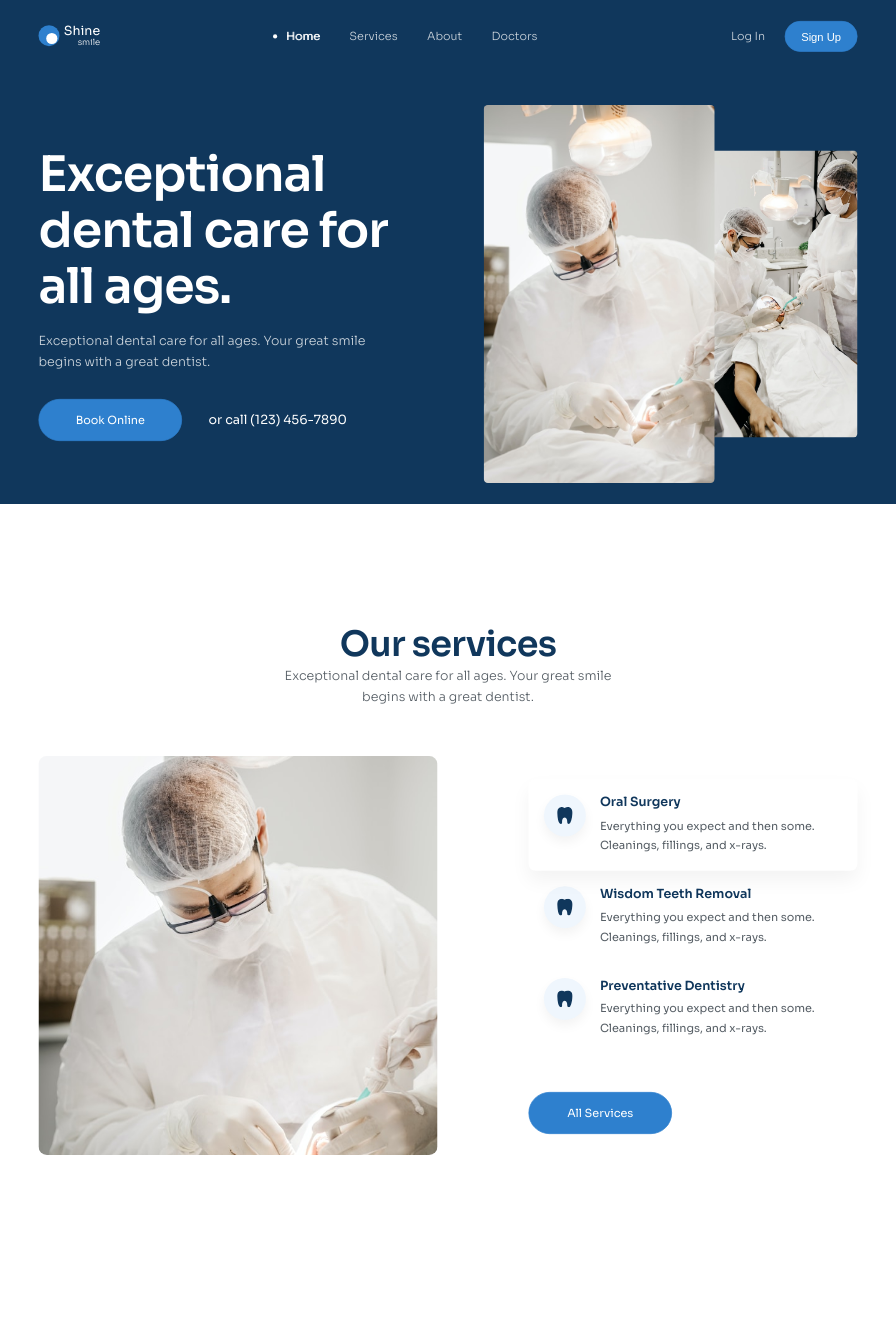
Repository: Tran-Dat/F8_Project_03
Page: index.html
An editor plug-in stored every save of this project. The page is shown before and after the next save, followed by the edit.
The browser window is 1280 px wide. The pictures show the part of the page from y = 0 to 1920 px (the page is 3720 px tall), at 70% of full size.
The pointer rests on the first visible `.service-item`.

Above is the page before, as saved 2023-04-03 15:24:55.

### index.html
<!DOCTYPE html>
<html lang="en">
    <head>
        <meta charset="UTF-8" />
        <meta http-equiv="X-UA-Compatible" content="IE=edge" />
        <meta name="viewport" content="width=device-width, initial-scale=1.0" />
        <title>shine smile</title>

        <!-- Favicon -->
        <link rel="apple-touch-icon" sizes="57x57" href="./assets/favicon/" />
        <link
            rel="apple-touch-icon"
            sizes="60x60"
            href="./assets/favicon/apple-icon-60x60.png"
        />
        <link
            rel="apple-touch-icon"
            sizes="72x72"
            href="./assets/favicon/apple-icon-72x72.png"
        />
        <link
            rel="apple-touch-icon"
            sizes="76x76"
            href="./assets/favicon/apple-icon-76x76.png"
        />
        <link
            rel="apple-touch-icon"
            sizes="114x114"
            href="./assets/favicon/apple-icon-114x114.png"
        />
        <link
            rel="apple-touch-icon"
            sizes="120x120"
            href="./assets/favicon/apple-icon-120x120.png"
        />
        <link
            rel="apple-touch-icon"
            sizes="144x144"
            href="./assets/favicon/apple-icon-144x144.png"
        />
        <link
            rel="apple-touch-icon"
            sizes="152x152"
            href="./assets/favicon/apple-icon-152x152.png"
        />
        <link
            rel="apple-touch-icon"
            sizes="180x180"
            href="./assets/favicon/apple-icon-180x180.png"
        />
        <link
            rel="icon"
            type="image/png"
            sizes="192x192"
            href="./assets/favicon/android-icon-192x192.png"
        />
        <link
            rel="icon"
            type="image/png"
            sizes="32x32"
            href="./assets/favicon/favicon-32x32.png"
        />
        <link
            rel="icon"
            type="image/png"
            sizes="96x96"
            href="./assets/favicon/favicon-96x96.png"
        />
        <link
            rel="icon"
            type="image/png"
            sizes="16x16"
            href="./assets/favicon/favicon-16x16.png"
        />
        <link rel="manifest" href="./assets/favicon/manifest.json" />
        <meta name="msapplication-TileColor" content="#ffffff" />
        <meta
            name="msapplication-TileImage"
            content="./assets/favicon/ms-icon-144x144.png"
        />
        <meta name="theme-color" content="#ffffff" />

        <!-- Emmet Fonts -->
        <link rel="preconnect" href="https://fonts.googleapis.com" />
        <link rel="preconnect" href="https://fonts.gstatic.com" crossorigin />
        <link
            href="https://fonts.googleapis.com/css2?family=Sora:wght@300;400;500;600;700;800&display=swap"
            rel="stylesheet"
        />

        <!-- Reset Css -->
        <link rel="stylesheet" href="./assets/css/reset.css" />
        <link rel="stylesheet" href="./assets/css/style.css" />
    </head>
    <body>
        <!-- Header -->
        <header class="header">
            <div class="container">
                <!-- Header top -->
                <div class="header-top">
                    <!-- Logo -->
                    <a href="/">
                        <div class="logo">
                            <span class="logo__circle"> </span>
                            <span class="logo__text">
                                <span class="logo__brand">Shine</span>
                                <span class="logo__brand logo__brand--small">
                                    smile
                                </span>
                            </span>
                        </div>
                    </a>

                    <!-- NavBar -->
                    <nav class="navbar">
                        <ul class="navbar__list">
                            <li class="navbar__item">
                                <a
                                    href="#!"
                                    class="navbar__link navbar__item--active"
                                >
                                    Home
                                </a>
                            </li>
                            <li class="navbar__item">
                                <a href="#!" class="navbar__link">Services</a>
                            </li>
                            <li class="navbar__item">
                                <a href="#!" class="navbar__link">About</a>
                            </li>
                            <li class="navbar__item">
                                <a href="#!" class="navbar__link">Doctors</a>
                            </li>
                        </ul>
                    </nav>

                    <!-- Action -->
                    <div class="header-action">
                        <a href="" class="header-action__login">Log In</a>
                        <button href="" class="btn header-action__signup">
                            Sign Up
                        </button>
                    </div>
                </div>

                <!-- Hero -->
                <section class="hero">
                    <!-- Hero content -->
                    <section class="hero__content">
                        <h1 class="hero__heading">
                            Exceptional dental care for all ages.
                        </h1>
                        <p class="hero__desc">
                            Exceptional dental care for all ages. Your great
                            smile begins with a great dentist.
                        </p>
                        <div class="hero__row">
                            <a href="" class="btn">Book Online</a>
                            <span class="hero__phone"
                                >or call (123) 456-7890</span
                            >
                        </div>
                    </section>

                    <!-- Hero media -->
                    <div class="hero__media">
                        <figure class="hero__images">
                            <img
                                src="./assets/img/hero-01.jpg"
                                alt=""
                                class="hero__img"
                            />
                            <img
                                src="./assets/img/hero-02.jpg"
                                alt=""
                                class="hero__img"
                            />
                        </figure>
                    </div>
                </section>
            </div>
        </header>

        <main style="height: 3000px">
            <section class="service">
                <div class="container">
                    <h2 class="service__heading section-heading">
                        Our services
                    </h2>
                    <p class="service__desc section-desc">
                        Exceptional dental care for all ages. Your great smile
                        begins with a great dentist.
                    </p>

                    <div class="service__row">
                        <figure>
                            <img
                                src="./assets/img/hero-01.jpg"
                                alt=""
                                class="service__img"
                            />
                        </figure>

                        <div>
                            <!-- Service List -->
                            <div class="service__list">
                                <!-- Service item 1 -->
                                <section class="service-item">
                                    <div class="service-item__icon">
                                        <!-- icon -->
                                        <svg
                                            width="22"
                                            height="24"
                                            viewBox="0 0 22 24"
                                            fill="none"
                                            xmlns="http://www.w3.org/2000/svg"
                                        >
                                            <path
                                                d="M20.3598 2.63964C17.9506 -0.556131 14.2772 -0.568132 11.2481 1.10682C11.001 1.24657 10.7219 1.31411 10.4406 1.30222C10.1592 1.29033 9.88633 1.19945 9.65105 1.03931C8.49552 0.245717 7.29036 -0.316477 5.13904 0.207462C0.623408 1.3071 0 4.90379 0 8.99816C0.0797353 12.1602 0.500857 15.3032 1.25551 18.3683C2.11836 22.0168 3.90382 24 5.43354 24C6.96326 24 7.00963 22.2204 7.00963 20.8016C7.00963 19.2009 7.39505 14.8009 10.8642 14.8009C13.5317 14.8009 14.3333 18.4013 14.3333 20.8016C14.3329 23.095 15.1722 24 16.6628 24C19.5267 24 20.9796 15.3938 21.3719 13.1237C21.7642 10.8535 22.9882 6.12569 20.3598 2.63964Z"
                                                fill="currentColor"
                                            />
                                        </svg>
                                    </div>

                                    <div class="service-item__body">
                                        <h3 class="service-item__heading">
                                            Oral Surgery
                                        </h3>
                                        <p class="service-item__desc">
                                            Everything you expect and then some.
                                            Cleanings, fillings, and x-rays.
                                        </p>
                                    </div>
                                </section>

                                <!-- Service item 2 -->
                                <section class="service-item">
                                    <div class="service-item__icon">
                                        <!-- icon -->
                                        <svg
                                            width="22"
                                            height="24"
                                            viewBox="0 0 22 24"
                                            fill="none"
                                            xmlns="http://www.w3.org/2000/svg"
                                        >
                                            <path
                                                d="M20.3598 2.63964C17.9506 -0.556131 14.2772 -0.568132 11.2481 1.10682C11.001 1.24657 10.7219 1.31411 10.4406 1.30222C10.1592 1.29033 9.88633 1.19945 9.65105 1.03931C8.49552 0.245717 7.29036 -0.316477 5.13904 0.207462C0.623408 1.3071 0 4.90379 0 8.99816C0.0797353 12.1602 0.500857 15.3032 1.25551 18.3683C2.11836 22.0168 3.90382 24 5.43354 24C6.96326 24 7.00963 22.2204 7.00963 20.8016C7.00963 19.2009 7.39505 14.8009 10.8642 14.8009C13.5317 14.8009 14.3333 18.4013 14.3333 20.8016C14.3329 23.095 15.1722 24 16.6628 24C19.5267 24 20.9796 15.3938 21.3719 13.1237C21.7642 10.8535 22.9882 6.12569 20.3598 2.63964Z"
                                                fill="currentColor"
                                            />
                                        </svg>
                                    </div>

                                    <div class="service-item__body">
                                        <h3 class="service-item__heading">
                                            Wisdom Teeth Removal
                                        </h3>
                                        <p class="service-item__desc">
                                            Everything you expect and then some.
                                            Cleanings, fillings, and x-rays.
                                        </p>
                                    </div>
                                </section>

                                <!-- Service item 3 -->
                                <section class="service-item">
                                    <div class="service-item__icon">
                                        <!-- icon -->
                                        <svg
                                            width="22"
                                            height="24"
                                            viewBox="0 0 22 24"
                                            fill="none"
                                            xmlns="http://www.w3.org/2000/svg"
                                        >
                                            <path
                                                d="M20.3598 2.63964C17.9506 -0.556131 14.2772 -0.568132 11.2481 1.10682C11.001 1.24657 10.7219 1.31411 10.4406 1.30222C10.1592 1.29033 9.88633 1.19945 9.65105 1.03931C8.49552 0.245717 7.29036 -0.316477 5.13904 0.207462C0.623408 1.3071 0 4.90379 0 8.99816C0.0797353 12.1602 0.500857 15.3032 1.25551 18.3683C2.11836 22.0168 3.90382 24 5.43354 24C6.96326 24 7.00963 22.2204 7.00963 20.8016C7.00963 19.2009 7.39505 14.8009 10.8642 14.8009C13.5317 14.8009 14.3333 18.4013 14.3333 20.8016C14.3329 23.095 15.1722 24 16.6628 24C19.5267 24 20.9796 15.3938 21.3719 13.1237C21.7642 10.8535 22.9882 6.12569 20.3598 2.63964Z"
                                                fill="currentColor"
                                            />
                                        </svg>
                                    </div>

                                    <div class="service-item__body">
                                        <h3 class="service-item__heading">
                                            Preventative Dentistry
                                        </h3>
                                        <p class="service-item__desc">
                                            Everything you expect and then some.
                                            Cleanings, fillings, and x-rays.
                                        </p>
                                    </div>
                                </section>
                            </div>

                            <a href="" class="btn">All Services</a>
                        </div>
                    </div>
                </div>
            </section>
        </main>
    </body>
</html>

### assets/css/style.css
* {
    box-sizing: border-box;
}

:root {
    --header-bg: #10375c;
}

html {
    font-size: 62.5%;
}

body {
    font-size: 1.6rem;
    font-family: "Sora", sans-serif;
}

/* ================================================================ Common ================================================================ */

.btn {
    --height: 60px;

    display: inline-block;
    min-width: 205px;
    height: var(--height);
    padding: 0 20px;
    border-radius: 99px;
    border: 1px solid #2e80ce;
    font-size: 1.6rem;
    font-weight: 400;
    text-align: center;
    line-height: var(--height);
    color: #fff;
    background: #2e80ce;
}

.btn:hover {
    opacity: 0.9;
    cursor: pointer;
}

a {
    text-decoration: none;
}

.container {
    width: 1170px;
    max-width: calc(100% - 48px);
    margin: 0 auto;
}

.section-heading {
    font-weight: 600;
    font-size: 5rem;
    line-height: 1.2;
    letter-spacing: -0.02em;
    color: #10375c;
}

.section-desc {
    font-weight: 300;
    font-size: 1.8rem;
    line-height: 1.67;
    color: #575f66;
}

/* ================================================================ Header ================================================================ */

.header {
    min-height: 100vh;
    background: var(--header-bg);
    padding-top: 30px;
}

.header-top {
    display: flex;
    justify-content: space-between;
    align-items: center;
}

.logo {
    display: inline-flex;
    position: relative;
    font-size: 1rem;
}

.logo__circle::before,
.logo__circle::after {
    content: "";
    display: inline-block;
    border-radius: 50%;
}

.logo__circle::before {
    width: 3em;
    height: 3em;
    background: #2e80ce;
}

.logo__circle::after {
    position: absolute;
    top: 1.1em;
    left: 1.1em;
    width: 1.6em;
    height: 1.6em;
    background: #fff;
}

.logo__text {
    margin-left: 0.6em;
    text-align: right;
    line-height: 1.6em;
}

.logo__brand {
    display: block;
    font-size: 1.8em;
    font-weight: 400;
    color: #fff;
}

.logo__brand--small {
    font-size: 1.2em;
    font-weight: 300;
}

.navbar__list {
    display: flex;
}

.header-action__login,
.navbar__link {
    padding: 4px 21px;
    font-weight: 300;
    font-size: 1.6rem;
    line-height: 1.75;
    color: #c9d2da;
}

.navbar__link:hover,
.navbar__item--active {
    text-shadow: 1px 0 0 currentColor;
    color: #fff;
}

.navbar__item--active::before {
    position: relative;
    left: -8px;
    top: -2px;
    content: "";
    display: inline-block;
    width: 6px;
    height: 6px;
    border-radius: 50%;
    background-color: #fff;
}

.header-action {
    display: flex;
    align-items: center;
}

.header-action__login {
    margin-right: 7px;
}

.header-action__signup {
    --height: 44px;
    height: var(--height);
    min-width: 104px;
}

/* ========================================== Hero =========================================== */

.hero {
    margin-top: 76px;
    display: flex;
    align-items: center;
}

/*           Hero content             */
.hero__content {
    flex-shrink: 0;
    width: 44%;
}

.hero__heading {
    font-weight: 600;
    font-size: 7rem;
    line-height: 1.14;
    letter-spacing: -0.02em;
    color: #ffffff;
}

.hero__desc {
    margin-top: 22px;
    font-weight: 300;
    font-size: 1.8rem;
    line-height: 1.67;
    color: #c9d2da;
}

.hero__row {
    display: flex;
    align-items: center;
    margin-top: 38px;
}

.hero__phone {
    margin-left: 38px;
    font-size: 1.8rem;
    line-height: 1.67;
    color: #ffffff;
}

/*           Hero media             */
.hero__media {
    flex-grow: 1;
}

.hero__images {
    display: flex;
    justify-content: flex-end;
    align-items: center;
}

.hero__img {
    width: 330px;
    height: 540px;
    border-radius: 6px;
    object-fit: cover;
}

.hero__img:first-child {
    position: relative;
    margin-right: -6px;
}

.hero__img:last-child {
    width: 210px;
    height: 410px;
}

/* ================================================================ Service ================================================================ */

.service {
    padding: 170px 0;
}

.service__heading,
.service__desc {
    text-align: center;
}

.service__desc {
    max-width: 468px;
    margin-left: auto;
    margin-right: auto;
}

.service__row {
    display: flex;
    justify-content: space-between;
    align-items: center;
    margin-top: 70px;
}

.service__img {
    height: 570px;
    width: 570px;
    object-fit: cover;
    border-radius: 12px;
}

/*******************service item*******************/
.service-item {
    display: flex;
    padding: 22px;
    width: 470px;
    background: #ffffff;
    border-radius: 10px;
}

.service-item:hover {
    position: relative;
    box-shadow: 0px 14px 28px rgba(0, 0, 0, 0.05);
}

.service-item__icon {
    display: flex;
    align-items: center;
    justify-content: center;
    flex-shrink: 0;
    width: 60px;
    height: 60px;
    background: #eff6fd;
    color: #10375c;
    box-shadow: 0px 8px 16px rgba(0, 0, 0, 0.05);
    border-radius: 50px;
}

.service-item__body {
    margin-left: 20px;
}

.service-item__heading {
    font-weight: 600;
    font-size: 1.8rem;
    line-height: 1.27;
    color: #10375c;
}

.service-item__desc {
    margin-top: 8px;
    font-size: 1.6rem;
    line-height: 1.75;
    color: #575f66;
}

.service__row .btn {
    margin-top: 55px;
}

Loaded but not shown: assets/css/reset.css (common file); assets/favicon/manifest.json (common file)

After the next save:
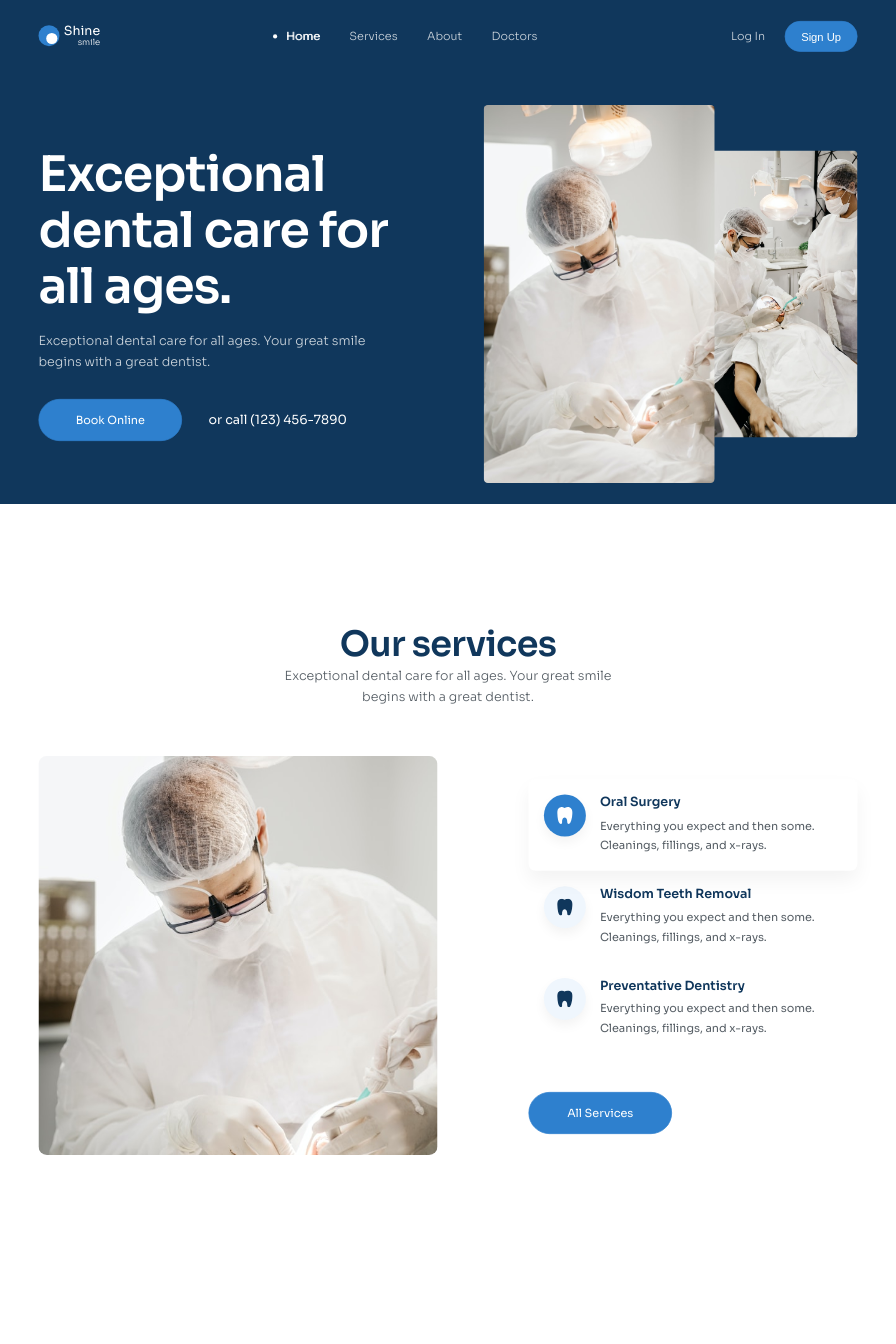
Saved 77 s later.
--- a/assets/css/style.css
+++ b/assets/css/style.css
@@ -286,6 +286,11 @@
     box-shadow: 0px 14px 28px rgba(0, 0, 0, 0.05);
 }
 
+.service-item:hover .service-item__icon {
+    background: #2e80ce;
+    color: #fff;
+}
+
 .service-item__icon {
     display: flex;
     align-items: center;
